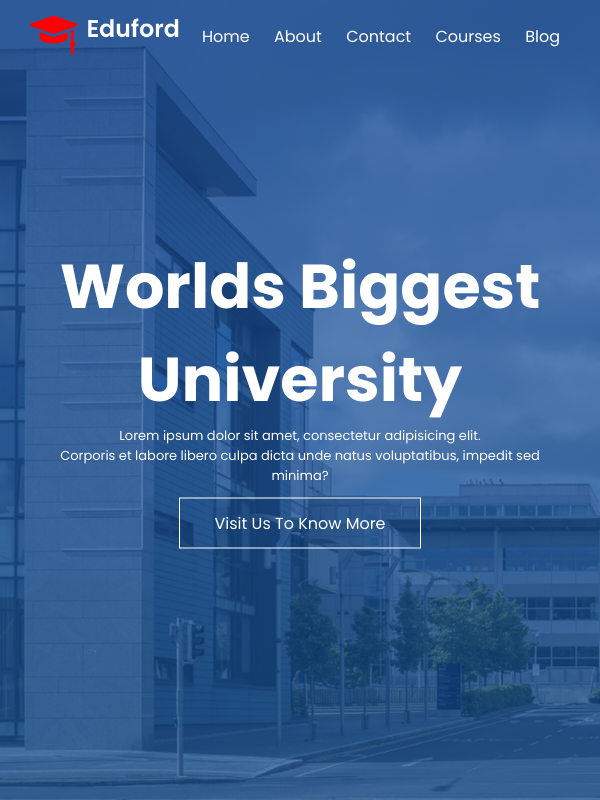
Repository: yashrajverma/Practise
Page: index.html
These files come from the project's save history. The page is drawn as it stood at one moment and after the next save; the edit follows.
The browser window is 600 px wide. The pictures show the whole page.

Above is the page before, as saved 2021-04-27 11:29:09.

After the next save:
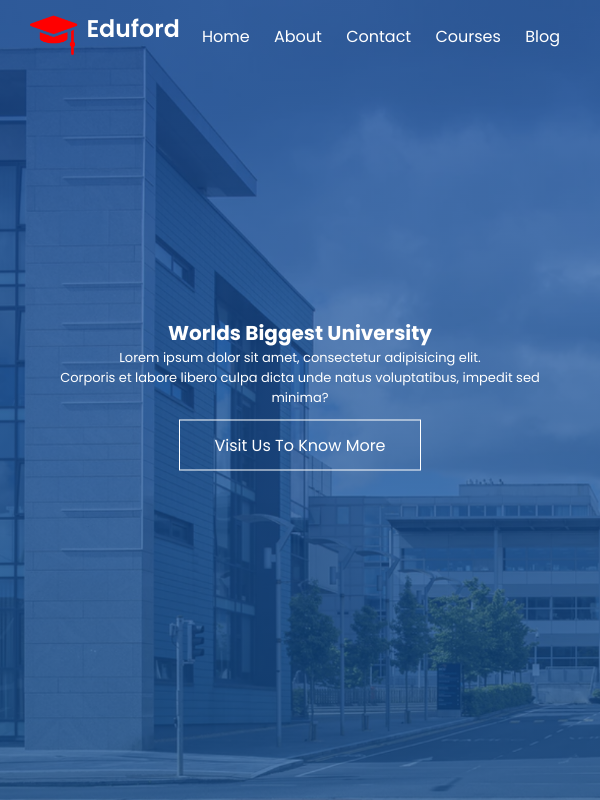
Saved 2 min 36 s later.
--- a/style.css
+++ b/style.css
@@ -81,3 +81,9 @@
     border:1px solid #f44336;
     box-shadow: 0px 0px 13px #f44336;
 }
+
+@media(max-width:700px){
+    .text-box h1{
+        font-size: 20px;
+    }
+}
